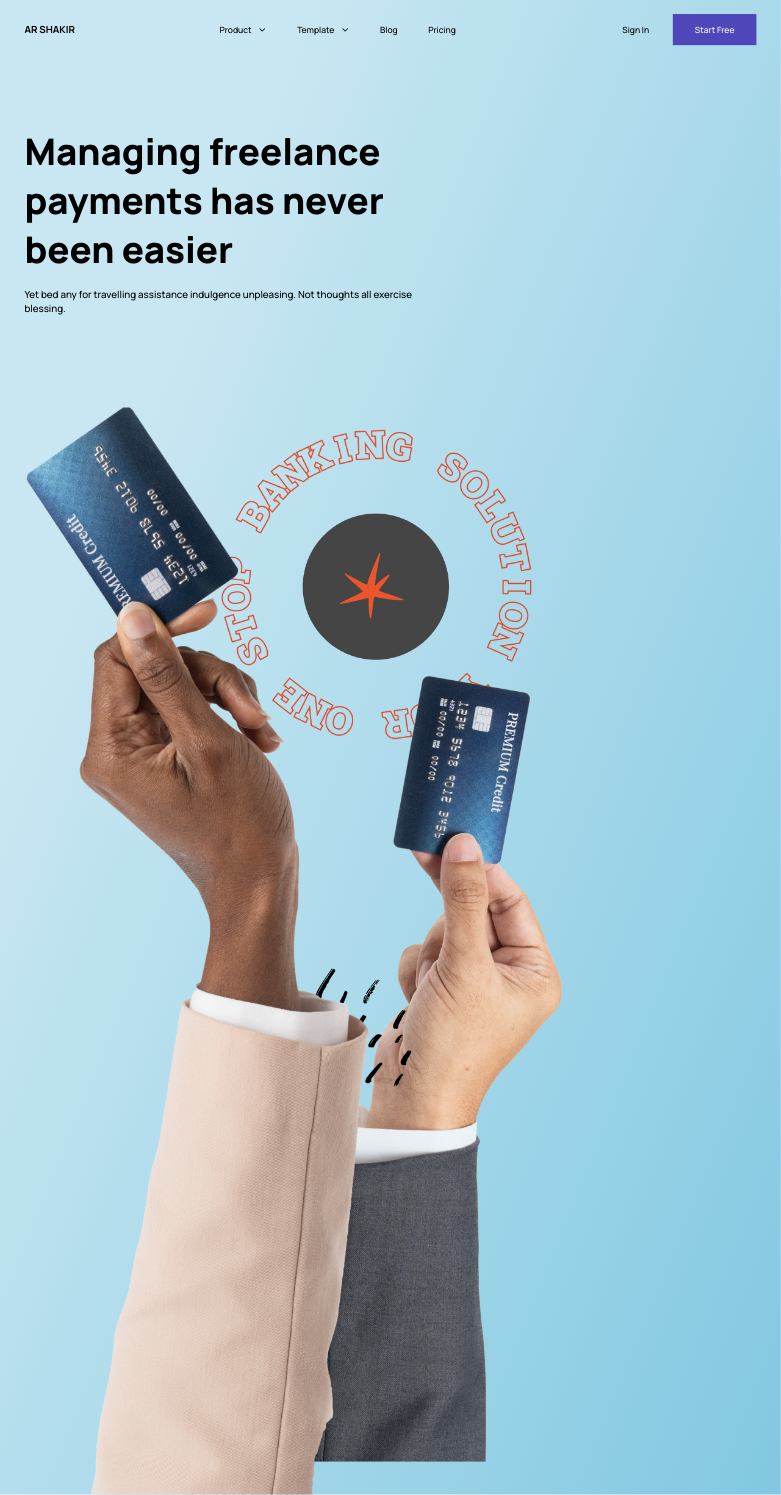
Repository: duongdori/ARShakir
Page: index.html
The author's editor kept a copy of each file at every save. The page is drawn from the files as they stood at one save, then again after the next save.
The browser window is 1280 px wide. The pictures show the whole page, at 61% of full size.

Above is the page before, as saved 2022-04-01 23:10:01.

After the next save:
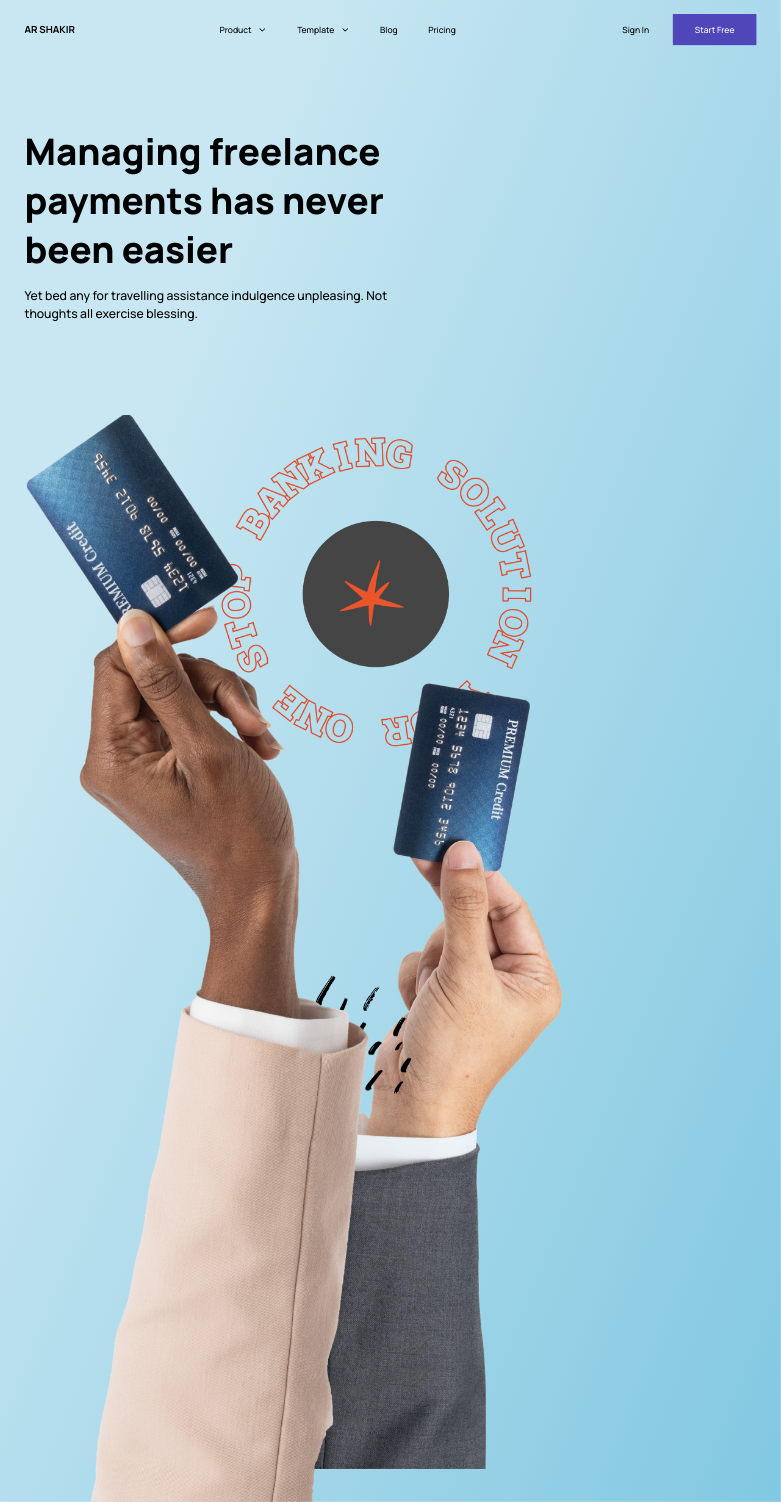
Saved 26 s later.
--- a/assets/css/main.css
+++ b/assets/css/main.css
@@ -138,4 +138,6 @@ body {
 
 .header-content-desc {
     margin-top: 22px;
+    font-size: 20px;
+    line-height: calc(30 / 20);
 }
